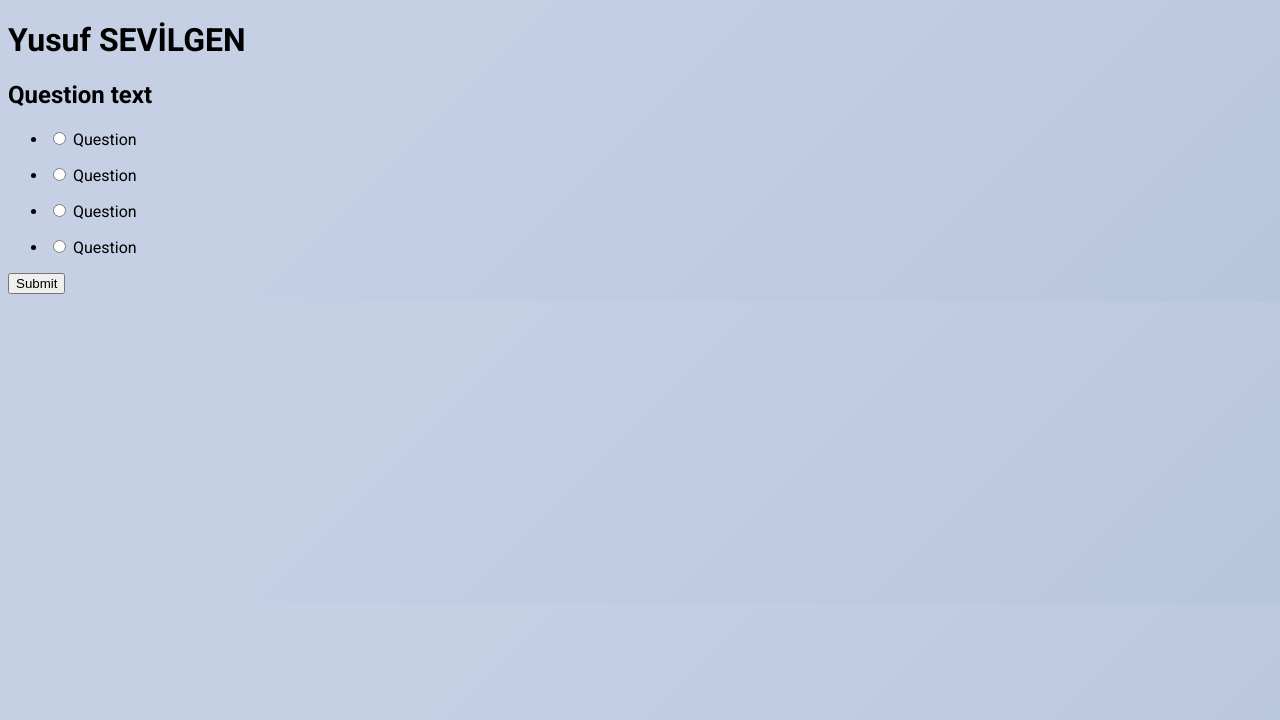
Repository: sevilgenysf/javascript-two
Page: index.html
These files come from the project's save history. The page is drawn as it stood at one moment and after the next save; the edit follows.
The browser window is 1280 px wide. The pictures show the whole page.

Above is the page before, as saved 2022-02-24 16:31:03.
Console error: SyntaxError: Unexpected token '{'

### index.html
<!DOCTYPE html>
<html lang="en">

<head>
	<meta charset="UTF-8">
	<meta http-equiv="X-UA-Compatible" content="IE=edge">
	<meta name="viewport" content="width=device-width, initial-scale=1.0">
	<link rel="stylesheet" href="./style.css">
	<script src="./index.js" defer></script>
	<title>javascript Day two</title>
</head>

<body>
	<div>
		<h1>Yusuf SEVİLGEN</h1>
		<div class="quiz-container">
			<h2>Question text</h2>
			<ul>
				<li>
					<input type="radio" id="a" name="answer">
					<label for="a">Question</label>
				</li>
			</ul>
			<ul>
				<li>
					<input type="radio" id="b" name="answer">
					<label for="b">Question</label>
				</li>
			</ul>
			<ul>
				<li>
					<input type="radio" id="c" name="answer">
					<label for="c">Question</label>
				</li>
			</ul>
			<ul>
				<li>
					<input type="radio" id="d" name="answer">
					<label for="d">Question</label>
				</li>
			</ul>
			<button>Submit</button>
		</div>
	</div>
</body>

</html>

### style.css
@import url('https://fonts.googleapis.com/css2?family=Poppins:wght@400;600&family=Roboto:ital,wght@0,300;0,400;0,700;1,500&display=swap');

* {
	box-sizing: border-box;
}

body {
	background-color: #b8c6db;
	background-image: linear-gradient(315deg, #b8c6db 0%, #c5d0e5 74%);
	font-family: 'Roboto', sans-serif;
}

### index.js
const quizData = [
	{
		question: 'How old are you?',
		a: '25',
		b: '26',
		c: '27',
		d: '28',
		currect: 'c'
	},
	{
		question: 'What is the most used best programing language in 2019?',
		a: 'Java',
		b: 'C',
		c: 'Python',
		d: 'JavaScript',
		currect: 'a'
	},
	{
		qwstion: 'who is he President of USA?',
		a: 'Trump',
		b: 'Obama',
		c: 'Bush',
		d: 'Clinton',
		currect: 'b'
	},
	{
		question: 'What does HTML stand for?',
		a: 'Hyper Text Markup Language',
		b: 'Cascading style sheet',
		c: 'Jason Object Notation',
		d: 'Aplication Type Markup Language',
		currect: 'a'
	}.
	{
		question: 'What year was javaScript launched?',
		a: '1995',
		b: '1996',
		c: '1997',
		d: 'none of the above',
		currect: 'd'
	}
];

After the next save:
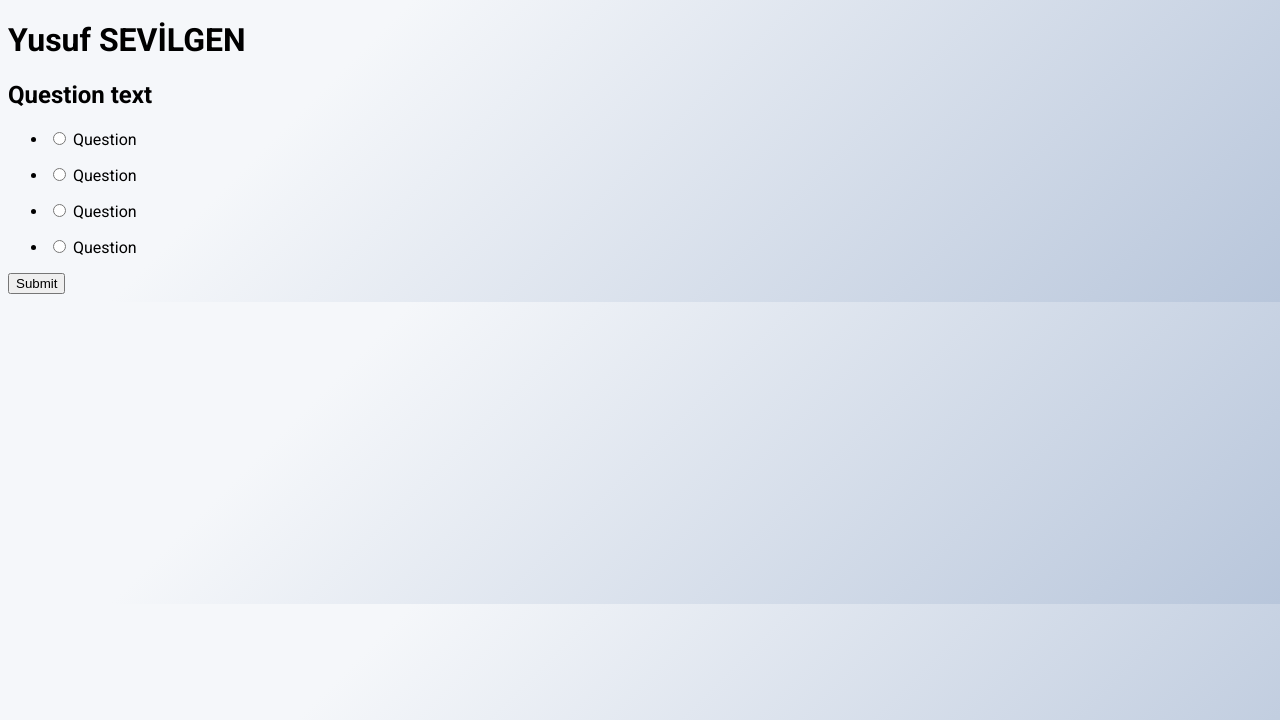
Saved 24 s later.
--- a/style.css
+++ b/style.css
@@ -6,6 +6,7 @@
 
 body {
 	background-color: #b8c6db;
-	background-image: linear-gradient(315deg, #b8c6db 0%, #c5d0e5 74%);
+	background-image: linear-gradient(315deg, #b8c6db 0%, #f5f7fa 74%);
 	font-family: 'Roboto', sans-serif;
+
 }
